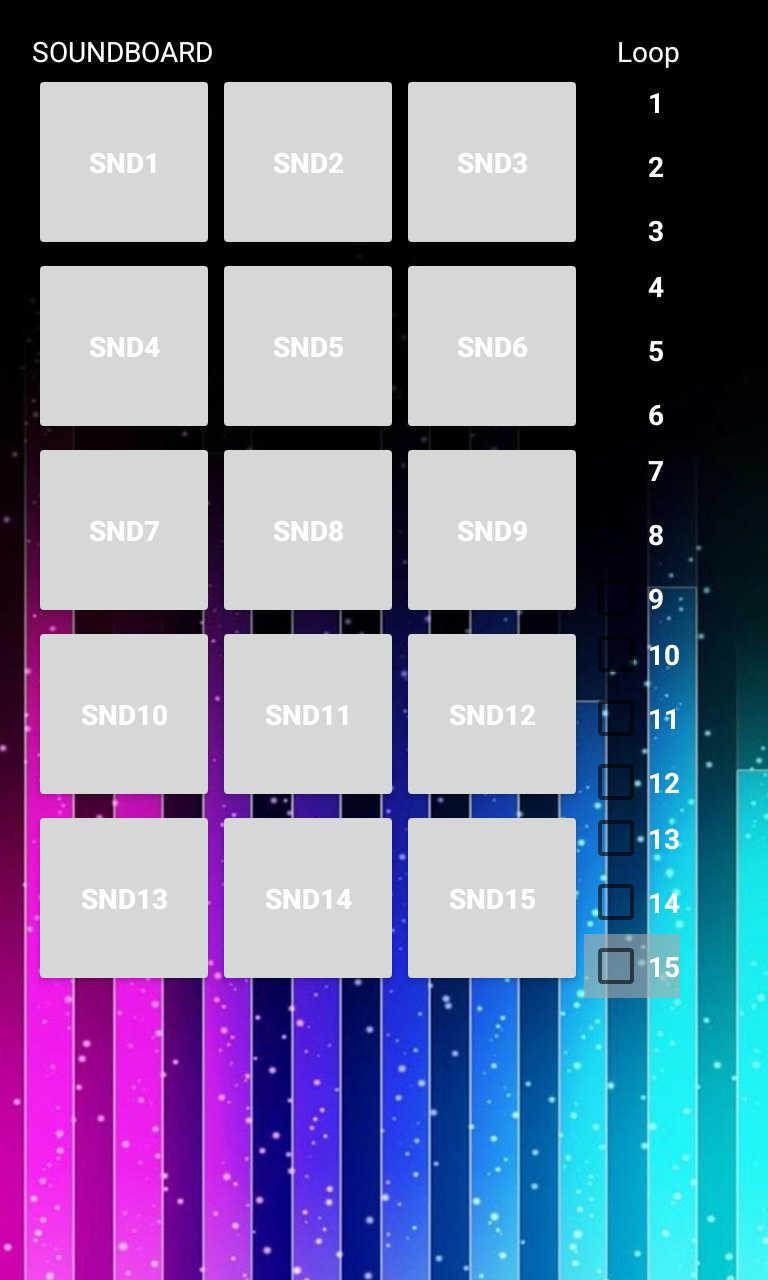
Repository: SoundBoardJAMJ/Project
Layout: workspace/SoundBoard/res/layout/defboard.xml
An editor plug-in stored every save of this project. The layout is shown before and after the next save, followed by the edit.
It is drawn on a 768 x 1280 px phone screen (xhdpi) without system bars, with theme AppTheme; the app's code is not run.

Above is the layout before, as saved 2014-05-02 07:23:12.

### workspace/SoundBoard/res/layout/defboard.xml
<ScrollView xmlns:android="http://schemas.android.com/apk/res/android"
xmlns:tools="http://schemas.android.com/tools"
android:layout_width="match_parent"
android:background="@drawable/image1"
android:layout_height="match_parent" >

<RelativeLayout
    android:layout_width="match_parent"
    android:layout_height="600dp"
    android:paddingBottom="@dimen/activity_vertical_margin"
    android:paddingLeft="@dimen/activity_horizontal_margin"
    android:paddingRight="@dimen/activity_horizontal_margin"
    android:paddingTop="@dimen/activity_vertical_margin"
    tools:context="com.example.soundtest.DefBoard$PlaceholderFragment" >

    <TextView
        android:id="@+id/textView1"
        android:layout_width="wrap_content"
        android:layout_height="wrap_content"
        android:textColor="@android:color/white"
        android:alpha="1.0"
        android:text="SOUNDBOARD" />

    <Button
        android:id="@+id/button1"
        android:layout_width="92dp"
        android:layout_height="92dp"
        android:layout_alignLeft="@+id/textView1"
        android:layout_below="@+id/textView1"
        android:onClick="ButtonOnClick"
        android:textColor="@android:color/white"
        android:alpha="1.0"
        android:textStyle="bold"
        android:text="snd1" />

    <Button
        android:id="@+id/button3"
        android:layout_width="92dp"
        android:layout_height="92dp"
        android:layout_alignBaseline="@+id/button2"
        android:layout_alignBottom="@+id/button2"
        android:layout_toRightOf="@+id/button2"
        android:onClick="ButtonOnClick"
        android:textColor="@android:color/white"
        android:alpha="1.0"
        android:textStyle="bold"
        android:text="snd3" />

    <Button
        android:id="@+id/button2"
        android:layout_width="92dp"
        android:layout_height="92dp"
        android:layout_alignBaseline="@+id/button1"
        android:layout_alignBottom="@+id/button1"
        android:layout_toRightOf="@+id/button1"
        android:onClick="ButtonOnClick"
        android:textColor="@android:color/white"
        android:alpha="1.0"
        android:textStyle="bold"
        android:text="snd2" />

    <Button
        android:id="@+id/button8"
        android:layout_width="92dp"
        android:layout_height="92dp"
        android:layout_alignBaseline="@+id/button7"
        android:layout_alignBottom="@+id/button7"
        android:layout_toRightOf="@+id/button4"
        android:onClick="ButtonOnClick"
        android:textColor="@android:color/white"
        android:alpha="1.0"
        android:textStyle="bold"
        android:text="snd8" />

    <Button
        android:id="@+id/button7"
        android:layout_width="92dp"
        android:layout_height="92dp"
        android:layout_below="@+id/button4"
        android:layout_toLeftOf="@+id/button8"
        android:onClick="ButtonOnClick"
        android:textColor="@android:color/white"
        android:alpha="1.0"
        android:textStyle="bold"
        android:text="snd7" />

    <Button
        android:id="@+id/button6"
        android:layout_width="92dp"
        android:layout_height="92dp"
        android:layout_alignBaseline="@+id/button5"
        android:layout_alignBottom="@+id/button5"
        android:layout_toRightOf="@+id/button5"
        android:onClick="ButtonOnClick"
        android:textColor="@android:color/white"
        android:alpha="1.0"
        android:textStyle="bold"
        android:text="snd6" />

    <Button
        android:id="@+id/button9"
        android:layout_width="92dp"
        android:layout_height="92dp"
        android:layout_alignBaseline="@+id/button8"
        android:layout_alignBottom="@+id/button8"
        android:layout_alignLeft="@+id/button6"
        android:onClick="ButtonOnClick"
        android:textColor="@android:color/white"
        android:alpha="1.0"
        android:textStyle="bold"
        android:text="snd9" />

    <Button
        android:id="@+id/button5"
        android:layout_width="92dp"
        android:layout_height="92dp"
        android:layout_below="@+id/button1"
        android:layout_toRightOf="@+id/button1"
        android:onClick="ButtonOnClick"
        android:textColor="@android:color/white"
        android:alpha="1.0"
        android:textStyle="bold"
        android:text="snd5" />

    <Button
        android:id="@+id/button10"
        android:layout_width="92dp"
        android:layout_height="92dp"
        android:layout_alignParentLeft="true"
        android:layout_below="@+id/button7"
        android:onClick="ButtonOnClick"
        android:textColor="@android:color/white"
        android:alpha="1.0"
        android:textStyle="bold"
        android:text="snd10" />

    <Button
        android:id="@+id/button11"
        android:layout_width="92dp"
        android:layout_height="92dp"
        android:layout_alignBaseline="@+id/button10"
        android:layout_alignBottom="@+id/button10"
        android:layout_toRightOf="@+id/button10"
        android:onClick="ButtonOnClick"
        android:textColor="@android:color/white"
        android:alpha="1.0"
        android:textStyle="bold"
        android:text="snd11" />

    <Button
        android:id="@+id/button13"
        android:layout_width="92dp"
        android:layout_height="92dp"
        android:layout_alignParentLeft="true"
        android:layout_below="@+id/button10"
        android:onClick="ButtonOnClick"
        android:textColor="@android:color/white"
        android:alpha="1.0"
        android:textStyle="bold"
        android:text="snd13" />

    <Button
        android:id="@+id/button14"
        android:layout_width="92dp"
        android:layout_height="92dp"
        android:layout_below="@+id/button10"
        android:layout_toLeftOf="@+id/button12"
        android:alpha="1.0"
        android:onClick="ButtonOnClick"
        android:text="snd14"
        android:textColor="@android:color/white"
        android:textStyle="bold" />

    <Button
        android:id="@+id/button15"
        android:layout_width="92dp"
        android:layout_height="92dp"
        android:layout_below="@+id/button11"
        android:layout_toRightOf="@+id/button14"
        android:alpha="1.0"
        android:onClick="ButtonOnClick"
        android:text="snd15"
        android:textColor="@android:color/white"
        android:textStyle="bold" />

    <Button
        android:id="@+id/button12"
        android:layout_width="92dp"
        android:layout_height="92dp"
        android:layout_below="@+id/button8"
        android:layout_toRightOf="@+id/button11"
        android:onClick="ButtonOnClick"
        android:textColor="@android:color/white"
        android:alpha="1.0"
        android:textStyle="bold"
        android:text="snd12" />

    <Button
        android:id="@+id/button4"
        android:layout_width="92dp"
        android:layout_height="92dp"
        android:layout_alignBaseline="@+id/button5"
        android:layout_alignBottom="@+id/button5"
        android:layout_toLeftOf="@+id/button5"
        android:onClick="ButtonOnClick"
        android:textColor="@android:color/white"
        android:alpha="1.0"
        android:textStyle="bold"
        android:text="snd4" />

    <CheckBox
        android:id="@+id/checkBox1"
        android:layout_width="wrap_content"
        android:layout_height="wrap_content"
        android:layout_alignTop="@+id/button3"
        android:layout_toRightOf="@+id/button3"
        android:alpha="1.0"
        android:onClick="TogOnClick"
        android:text="1"
        android:textColor="@android:color/white"
        android:textStyle="bold" />

    <CheckBox
        android:id="@+id/checkBox2"
        android:layout_width="wrap_content"
        android:layout_height="wrap_content"
        android:layout_below="@+id/checkBox1"
        android:layout_toRightOf="@+id/button3"
        android:onClick="TogOnClick"
        android:textColor="@android:color/white"
        android:alpha="1.0"
        android:textStyle="bold"
        android:text="2" />

    <CheckBox
        android:id="@+id/checkBox3"
        android:layout_width="wrap_content"
        android:layout_height="wrap_content"
        android:layout_alignLeft="@+id/checkBox2"
        android:layout_below="@+id/checkBox2"
        android:onClick="TogOnClick"
        android:textColor="@android:color/white"
        android:alpha="1.0"
        android:textStyle="bold"
        android:text="3" />

    <CheckBox
        android:id="@+id/checkBox4"
        android:layout_width="wrap_content"
        android:layout_height="wrap_content"
        android:layout_alignTop="@+id/button6"
        android:layout_toRightOf="@+id/button6"
        android:onClick="TogOnClick"
        android:textColor="@android:color/white"
        android:alpha="1.0"
        android:textStyle="bold"
        android:text="4" />

    <CheckBox
        android:id="@+id/checkBox5"
        android:layout_width="wrap_content"
        android:layout_height="wrap_content"
        android:layout_below="@+id/checkBox4"
        android:layout_toRightOf="@+id/button6"
        android:onClick="TogOnClick"
        android:textColor="@android:color/white"
        android:alpha="1.0"
        android:textStyle="bold"
        android:text="5" />

    <CheckBox
        android:id="@+id/checkBox6"
        android:layout_width="wrap_content"
        android:layout_height="wrap_content"
        android:layout_below="@+id/checkBox5"
        android:layout_toRightOf="@+id/button6"
        android:onClick="TogOnClick"
        android:textColor="@android:color/white"
        android:alpha="1.0"
        android:textStyle="bold"
        android:text="6" />

    <CheckBox
        android:id="@+id/checkBox7"
        android:layout_width="wrap_content"
        android:layout_height="wrap_content"
        android:layout_alignTop="@+id/button9"
        android:layout_toRightOf="@+id/button9"
        android:onClick="TogOnClick"
        android:textColor="@android:color/white"
        android:alpha="1.0"
        android:textStyle="bold"
        android:text="7" />

    <CheckBox
        android:id="@+id/checkBox8"
        android:layout_width="wrap_content"
        android:layout_height="wrap_content"
        android:layout_below="@+id/checkBox7"
        android:layout_toRightOf="@+id/button9"
        android:onClick="TogOnClick"
        android:textColor="@android:color/white"
        android:alpha="1.0"
        android:textStyle="bold"
        android:text="8" />

    <CheckBox
        android:id="@+id/checkBox9"
        android:layout_width="wrap_content"
        android:layout_height="wrap_content"
        android:layout_below="@+id/checkBox8"
        android:layout_toRightOf="@+id/button9"
        android:onClick="TogOnClick"
        android:textColor="@android:color/white"
        android:alpha="1.0"
        android:textStyle="bold"
        android:text="9" />

    <CheckBox
        android:id="@+id/checkBox10"
        android:layout_width="wrap_content"
        android:layout_height="wrap_content"
        android:layout_alignTop="@+id/button12"
        android:layout_toRightOf="@+id/button12"
        android:onClick="TogOnClick"
        android:textColor="@android:color/white"
        android:alpha="1.0"
        android:textStyle="bold"
        android:text="10" />

    <CheckBox
        android:id="@+id/checkBox11"
        android:layout_width="wrap_content"
        android:layout_height="wrap_content"
        android:layout_below="@+id/checkBox10"
        android:layout_toRightOf="@+id/button12"
        android:onClick="TogOnClick"
        android:textColor="@android:color/white"
        android:alpha="1.0"
        android:textStyle="bold"
        android:text="11" />

    <CheckBox
        android:id="@+id/checkBox12"
        android:layout_width="wrap_content"
        android:layout_height="wrap_content"
        android:layout_alignLeft="@+id/checkBox11"
        android:layout_below="@+id/checkBox11"
        android:onClick="TogOnClick"
        android:textColor="@android:color/white"
        android:alpha="1.0"
        android:textStyle="bold"
        android:text="12" />

    <CheckBox
        android:id="@+id/checkBox13"
        android:layout_width="wrap_content"
        android:layout_height="wrap_content"
        android:layout_alignTop="@+id/button15"
        android:layout_toRightOf="@+id/button15"
        android:onClick="TogOnClick"
        android:textColor="@android:color/white"
        android:alpha="1.0"
        android:textStyle="bold"
        android:text="13" />

    <CheckBox
        android:id="@+id/checkBox14"
        android:layout_width="wrap_content"
        android:layout_height="wrap_content"
        android:layout_below="@+id/checkBox13"
        android:layout_toRightOf="@+id/button15"
        android:onClick="TogOnClick"
        android:textColor="@android:color/white"
        android:alpha="1.0"
        android:textStyle="bold"
        android:text="14" />

    <CheckBox
        android:id="@+id/checkBox15"
        android:layout_width="wrap_content"
        android:layout_height="wrap_content"
        android:layout_below="@+id/checkBox14"
        android:layout_toRightOf="@+id/button15"
        android:onClick="TogOnClick"
        android:textColor="@android:color/white"
        android:alpha="1.0"
        android:textStyle="bold"
        android:background="#99AAAAAA"
        android:text="15" />

    <TextView
        android:id="@+id/textView2"
        android:layout_width="wrap_content"
        android:layout_height="wrap_content"
        android:layout_alignBottom="@+id/textView1"
        android:layout_alignRight="@+id/checkBox10"
        android:textColor="@android:color/white"
        android:alpha="1.0"
        android:text="Loop" />

</RelativeLayout>
</ScrollView>

Loaded but not shown: workspace/SoundBoard/res/values/styles.xml (common file); workspace/SoundBoard/res/values-v11/styles.xml (common file); workspace/SoundBoard/res/values-v14/styles.xml (common file); workspace/SoundBoard/res/values/dimens.xml (common file); workspace/SoundBoard/res/values-w820dp/dimens.xml (common file)

After the next save:
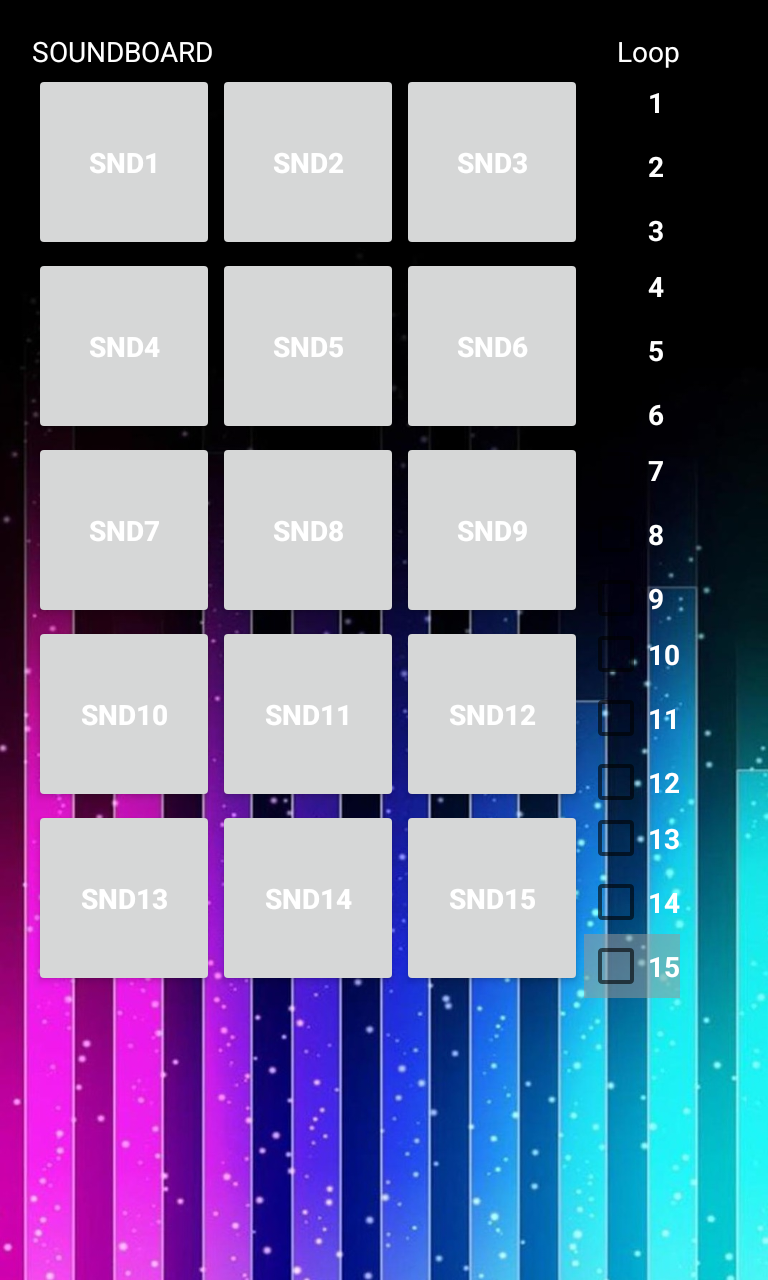
Saved 42 s later.
--- a/workspace/SoundBoard/res/layout/defboard.xml
+++ b/workspace/SoundBoard/res/layout/defboard.xml
@@ -386,7 +386,7 @@ android:layout_height="match_parent" >
         android:textColor="@android:color/white"
         android:alpha="1.0"
         android:textStyle="bold"
-        android:background="#99AAAAAA"
+        android:background="#88999999"
         android:text="15" />
 
     <TextView
